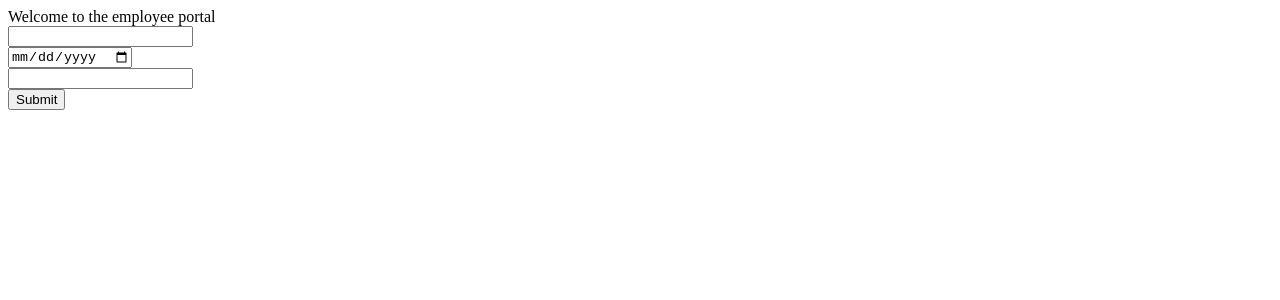
Repository: IshaMhashete/workspace2
Page: Hiber_Web/src/main/webapp/Inset_Emp.html
The author's editor kept a copy of each file at every save. The page is drawn from the files as they stood at one save, then again after the next save.
The browser window is 1280 px wide. The pictures show the whole page.

Above is the page before, as saved 2019-12-09 05:59:01.

### Hiber_Web/src/main/webapp/Inset_Emp.html
<!DOCTYPE html>
<html>
<head>
<meta charset="ISO-8859-1">
<title>Insert title here</title>
</head>
<body>
Welcome to the employee portal
<form action="dao">
<input type="text" name="name_Of_Emp"><br>
<input type="date" name="doj"/><br>
<input type="number" name="salary"><br>
<input type="submit" name="submit">
</form>
</body>
</html>

After the next save:
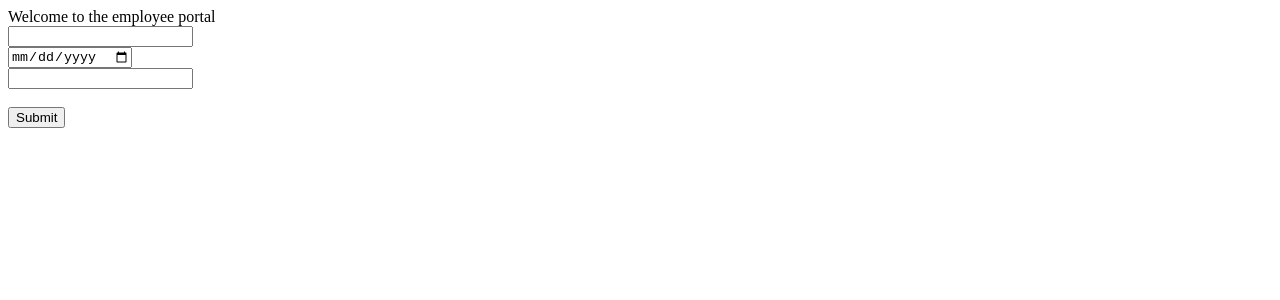
Saved 5 s later.
--- a/Hiber_Web/src/main/webapp/Inset_Emp.html
+++ b/Hiber_Web/src/main/webapp/Inset_Emp.html
@@ -9,7 +9,7 @@ Welcome to the employee portal
 <form action="dao">
 <input type="text" name="name_Of_Emp"><br>
 <input type="date" name="doj"/><br>
-<input type="number" name="salary"><br>
+<input type="number" name="salary"><br><br>
 <input type="submit" name="submit">
 </form>
 </body>
